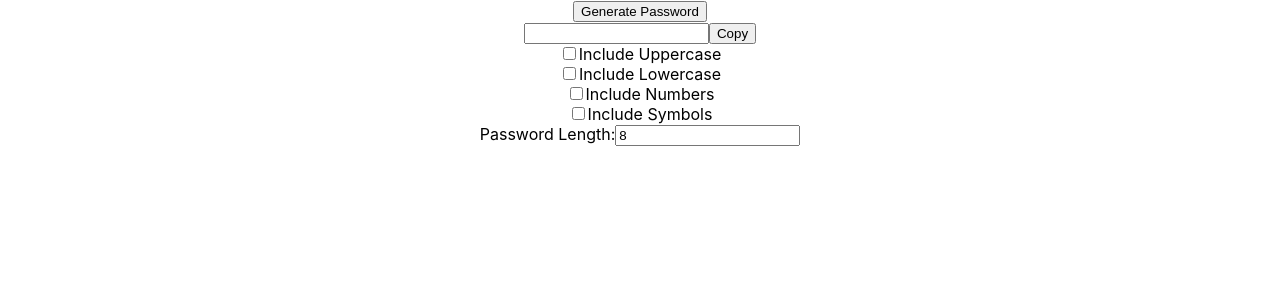
Repository: sriram1224/Password-generator
Page: / (app in password-generator/)
The author's editor kept a copy of each file at every save. The page is drawn from the files as they stood at one save, then again after the next save.
The browser window is 1280 px wide. The pictures show the whole page.
The project was rebuilt for these pictures with package versions that can differ from the ones it lists, and the page was loaded fresh each time.

Above is the page before, as saved 2024-03-10 21:10:50.

After the next save:
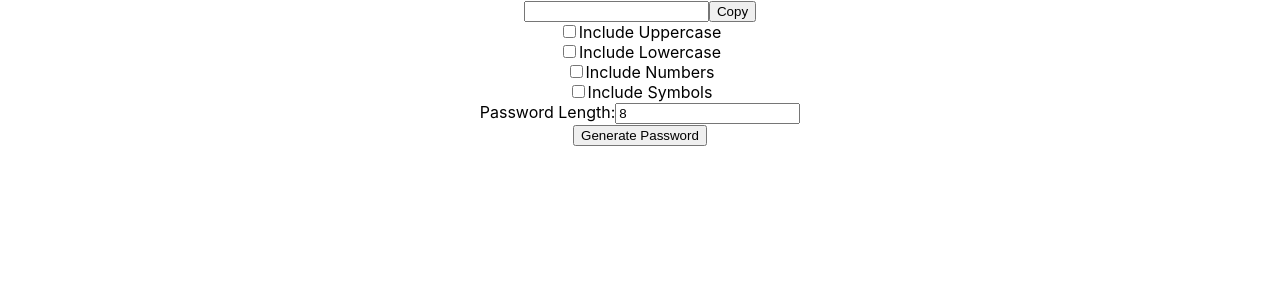
Saved 47 s later.
--- a/password-generator/src/Components/content.js
+++ b/password-generator/src/Components/content.js
@@ -35,7 +35,7 @@ const PasswordGenerator = () => {
   return (
     <div>
 
-      <button onClick={generatePassword}>Generate Password</button>
+
       <div>
         <input type="text" readOnly value={password} />
         <button onClick={copyToClipboard}>Copy</button>
@@ -69,7 +69,8 @@ const PasswordGenerator = () => {
           Password Length:
           <input type="number" value={passwordLength} onChange={(e) => setPasswordLength(parseInt(e.target.value))} />
         </label>
-      </div>
+          </div>
+          <button onClick={generatePassword}>Generate Password</button>
     </div>
   );
 };
